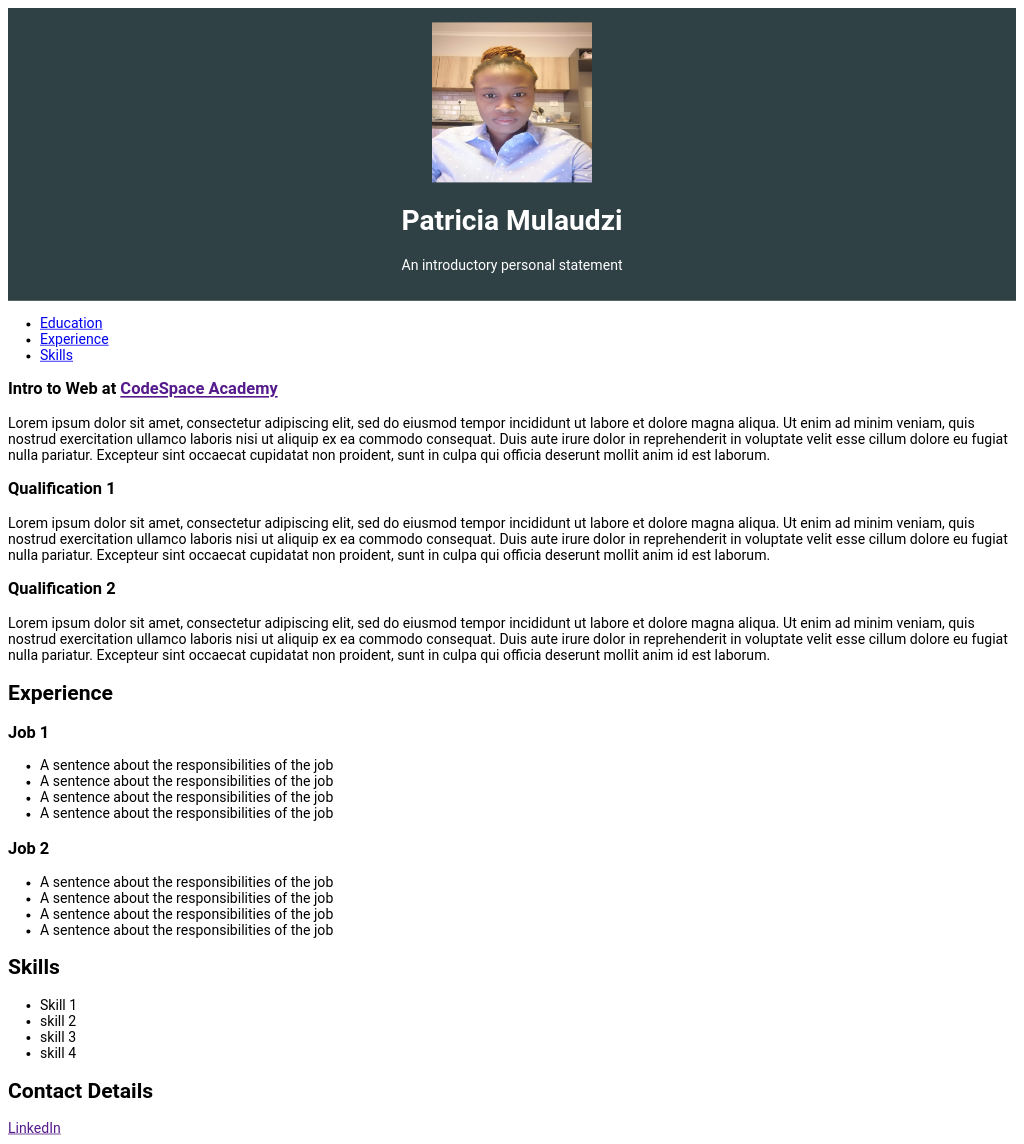
Repository: Patricious/Digital-Resume-01
Page: index.html
These files come from the project's save history. The page is drawn as it stood at one moment and after the next save; the edit follows.
The browser window is 1280 px wide. The pictures show the whole page, at 80% of full size.

Above is the page before, as saved 2021-08-23 10:42:38.

### index.html
<!DOCTYPE html>
<html>

<head>
    <title>Patricia Digital Resume</title>
    <link rel="stylesheet" type="text/css" href="css/stylesheet.css">
</head>

<body>

    <header>
        <img src="img/IMG_20200502_085519.jpg" alt="profile" width="200" height="200" />
        <h1>Patricia Mulaudzi</h1>
        <p>An introductory personal statement</p>
    </header>
    <aside>

        <ul>
            <li>
                <a href="#education">Education</a>
            </li>
            <li>
                <a href="#experience">Experience</a>
            </li>
            <li>
                <a href="#skills">Skills</a>
            </li>

        </ul>
    </aside>
    <section>


        <article>

            <h3>Intro to Web at
                <a href=""> CodeSpace Academy</a>

            </h3>
            <p>Lorem ipsum dolor sit amet, consectetur adipiscing elit, sed do eiusmod tempor incididunt ut labore et dolore magna aliqua. Ut enim ad minim veniam, quis nostrud exercitation ullamco laboris nisi ut aliquip ex ea commodo consequat. Duis aute
                irure dolor in reprehenderit in voluptate velit esse cillum dolore eu fugiat nulla pariatur. Excepteur sint occaecat cupidatat non proident, sunt in culpa qui officia deserunt mollit anim id est laborum.</p>
            <h3>Qualification 1</h3>
            <p>Lorem ipsum dolor sit amet, consectetur adipiscing elit, sed do eiusmod tempor incididunt ut labore et dolore magna aliqua. Ut enim ad minim veniam, quis nostrud exercitation ullamco laboris nisi ut aliquip ex ea commodo consequat. Duis aute
                irure dolor in reprehenderit in voluptate velit esse cillum dolore eu fugiat nulla pariatur. Excepteur sint occaecat cupidatat non proident, sunt in culpa qui officia deserunt mollit anim id est laborum.</p>

            <h3>Qualification 2</h3>
            <p>Lorem ipsum dolor sit amet, consectetur adipiscing elit, sed do eiusmod tempor incididunt ut labore et dolore magna aliqua. Ut enim ad minim veniam, quis nostrud exercitation ullamco laboris nisi ut aliquip ex ea commodo consequat. Duis aute
                irure dolor in reprehenderit in voluptate velit esse cillum dolore eu fugiat nulla pariatur. Excepteur sint occaecat cupidatat non proident, sunt in culpa qui officia deserunt mollit anim id est laborum.</p>

            <h2 id="#experience">Experience</h2>
            <h3>Job 1</h3>
            <ul>
                <li>A sentence about the responsibilities of the job</li>
                <li>A sentence about the responsibilities of the job</li>
                <li>A sentence about the responsibilities of the job</li>
                <li>A sentence about the responsibilities of the job</li>
            </ul>

            <h3>Job 2</h3>
            <ul>
                <li>A sentence about the responsibilities of the job</li>
                <li>A sentence about the responsibilities of the job</li>
                <li>A sentence about the responsibilities of the job</li>
                <li>A sentence about the responsibilities of the job</li>
            </ul>

            <h2 id="#skills">Skills</h2>
            <ul>
                <li>Skill 1</li>
                <li> skill 2</li>
                <li> skill 3</li>
                <li> skill 4 </li>
            </ul>
        </article>
    </section>
    <footer>
        <h2 id="#contact">Contact Details</h2>
        <a href=""> LinkedIn</a>
    </footer>
</body>

</html>

### css/stylesheet.css
body {
    font-family: 'Roboto', sans-serif;
    font-size: 110%;
    background-color: #ffffff;
    margin: 10px;
}

header {
    text-align: center;
    background-color: #304145;
    color: #ffffff;
    padding: 1em;
}

After the next save:
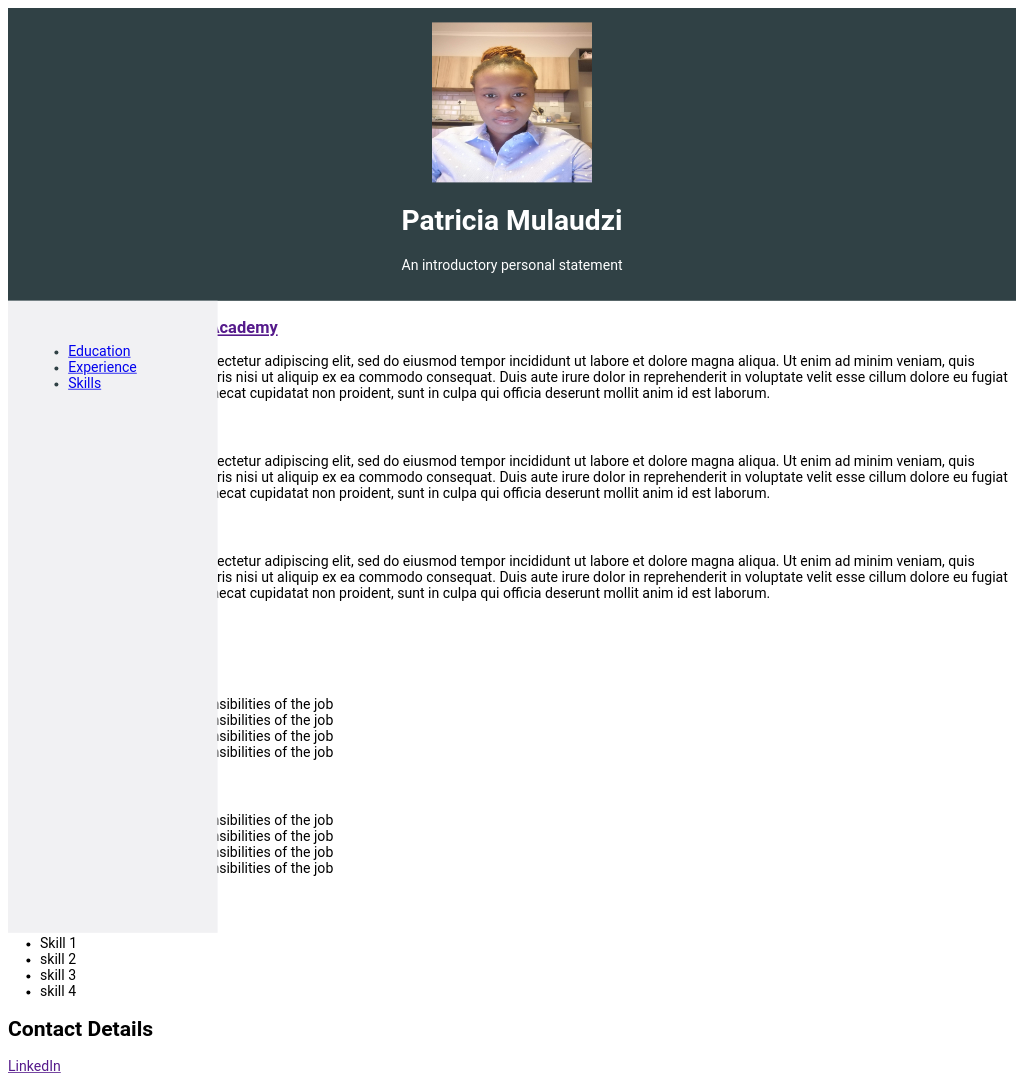
Saved 18 s later.
--- a/css/stylesheet.css
+++ b/css/stylesheet.css
@@ -11,3 +11,14 @@ header {
     color: #ffffff;
     padding: 1em;
 }
+
+aside {
+    background-color: #F1F1F3;
+    color: #304145;
+    width: 15%;
+    padding: 2em;
+    height: 100%;
+    float: left;
+    position: absolute;
+    flex: 0 0 auto;
+}
